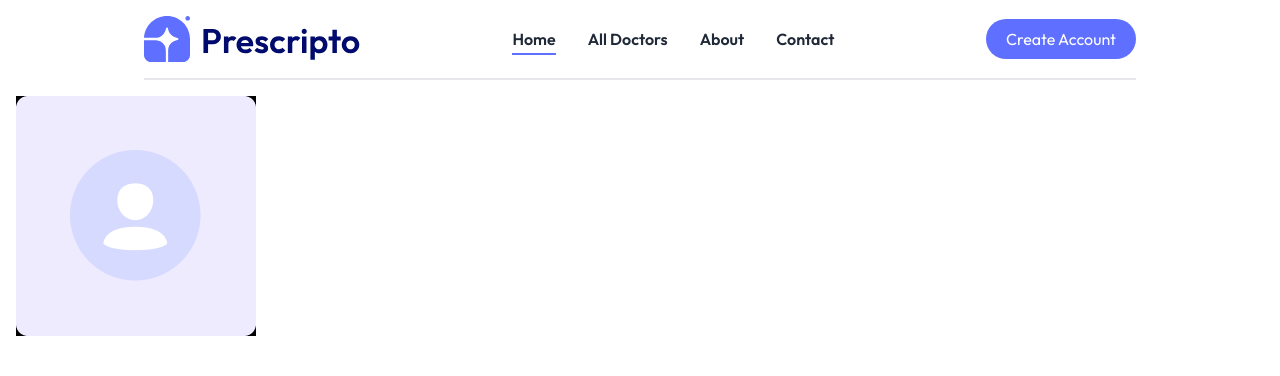
Repository: AzizHamdi99/Prescripto
Page: /profil (app in frontend/)
These files come from the project's save history. The page is drawn as it stood at one moment and after a run of saves; the edit follows.
The browser window is 1280 px wide. The pictures show the whole page.
The page's requests for data from a server got no answer. The project was rebuilt for these pictures with package versions that can differ from the ones it lists, and the page was loaded fresh each time. No one was signed in, and anything a server would have sent is missing. Also part of the build but not shown: frontend/vite.config.js, frontend/src/components/Hero.jsx, frontend/src/components/Speciality.jsx, frontend/src/components/DoctorCard.jsx, frontend/src/components/TopDoctors.jsx, frontend/src/components/Banner.jsx, frontend/src/components/Footer.jsx, frontend/src/pages/Home.jsx and 7 more.

Above is the page before, as saved 2025-01-15 18:23:48.

After the next 3 saves:
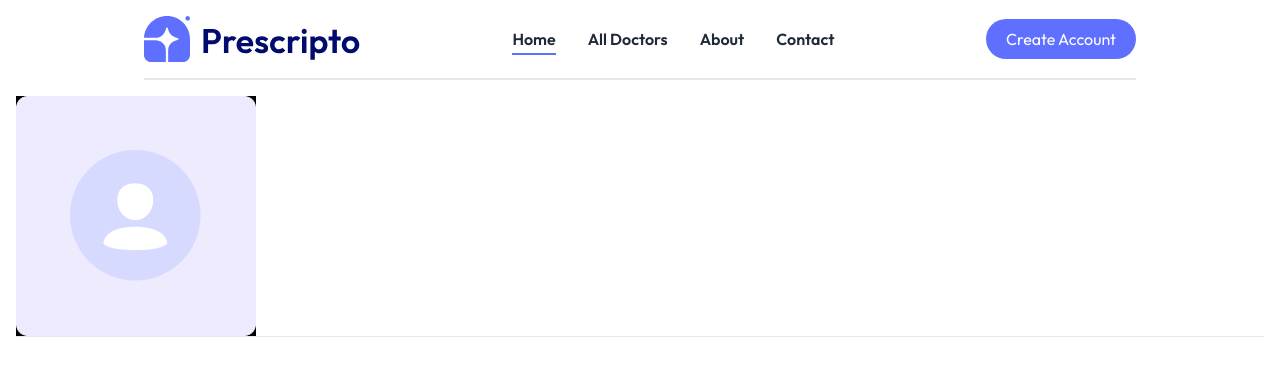
The 3 saves are shown as one change because they came seconds apart.
The last was saved 12 s later.
--- a/frontend/src/pages/Profile.jsx
+++ b/frontend/src/pages/Profile.jsx
@@ -48,6 +48,8 @@
     <div>
       <img src={assets.uploadare} className="bg-black" alt="" />
       <h1>{user.name}</h1>
+      <hr />
+      <p></p>
 
 
 
